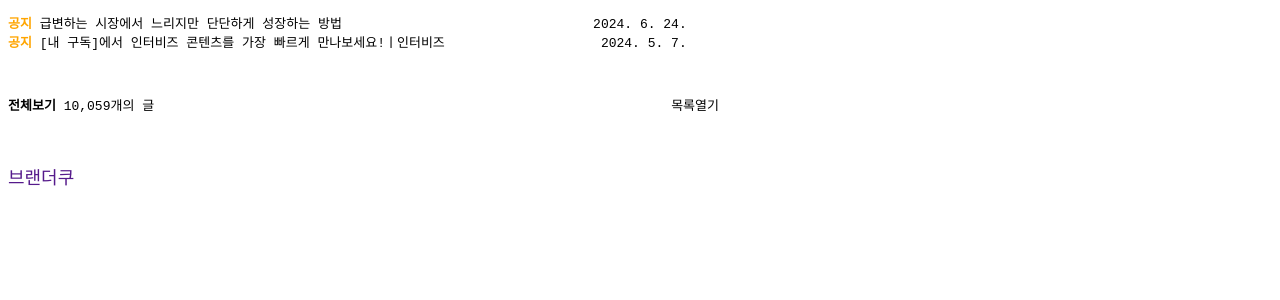
Repository: msgggg1/webPro
Page: webPro/src/main/webapp/html/days02/ex11.html
The author's editor kept a copy of each file at every save. The page is drawn from the files as they stood at one save, then again after the next save.
The browser window is 1280 px wide. The pictures show the whole page.

Above is the page before, as saved 2025-04-22 14:49:06.

After the next save:
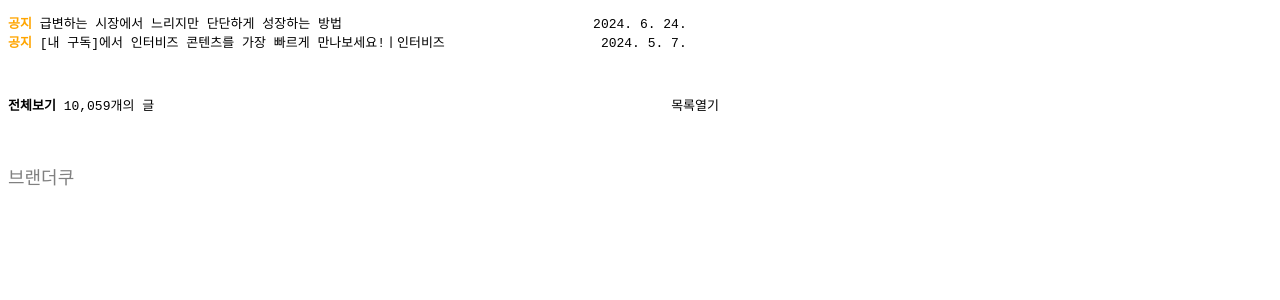
Saved 2 min 4 s later.
--- a/webPro/src/main/webapp/html/days02/ex11.html
+++ b/webPro/src/main/webapp/html/days02/ex11.html
@@ -19,6 +19,9 @@
 	a:hover{
 		text-decoration: underline;
 	}
+	a:visited {
+		color: gray;
+}
 </style>
 </head>
 <body>
